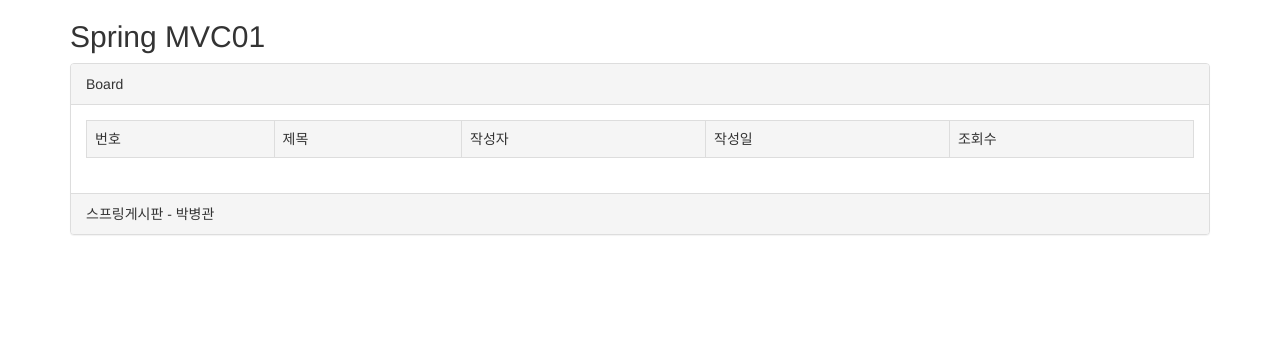
Repository: juhyun98/Spring
Page: http://localhost/SpringMVC01/boardList.do
These files come from the project's save history. The page is drawn as it stood at one moment and after the next save; the edit follows.
The browser window is 1280 px wide. The pictures show the whole page.
The page is served by Tomcat 9.

Above is the page before, as saved 2023-09-05 02:47:53.

After the next save:
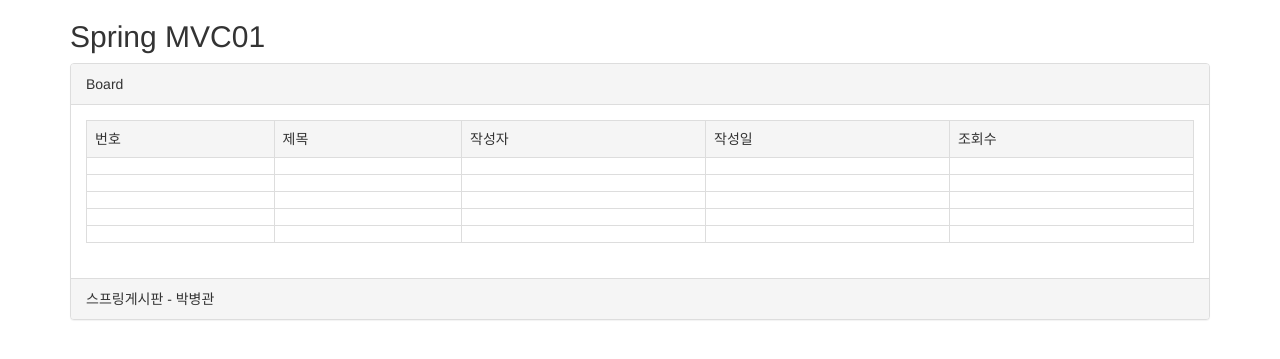
Saved 82 s later.
--- a/SpringMVC01/src/main/webapp/WEB-INF/views/boardList.jsp
+++ b/SpringMVC01/src/main/webapp/WEB-INF/views/boardList.jsp
@@ -30,11 +30,13 @@
 						model은 사실 request영역안에 있다!
 					 -->
 					 <c:forEach var="i" begin="0" end="4" step="1">
-					 	${model[i].idx}
-					 	${model[i].title}
-					 	${model[i].writer}
-					 	${model[i].indate}
-					 	${model[i].count}
+					 	<tr>
+						 	<td>${model[i].idx}</td>
+						 	<td>${model[i].title}</td>
+						 	<td>${model[i].writer}</td>
+						 	<td>${model[i].indate}</td>
+						 	<td>${model[i].count}</td>
+					 	</tr>
 					 </c:forEach>
 				</table>
 			</div>
